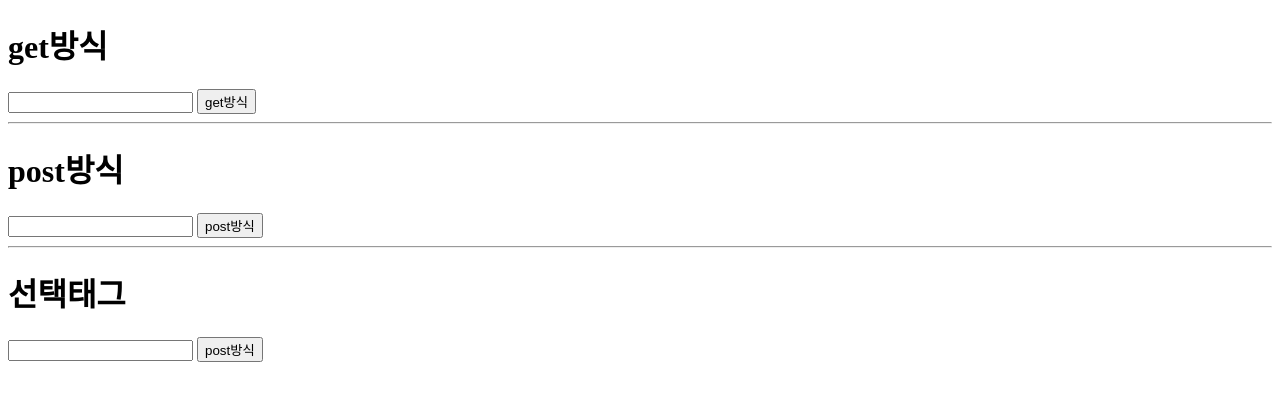
Repository: HeonchanKim/smhrd_jsp
Page: Servlet/src/main/webapp/ex04.html
An editor plug-in stored every save of this project. The page is shown before and after the next save, followed by the edit.
The browser window is 1280 px wide. The pictures show the whole page.

Above is the page before, as saved 2022-01-27 07:17:04.

### Servlet/src/main/webapp/ex04.html
<!DOCTYPE html>
<html>
<head>
<meta charset="EUC-KR">
<title>Insert title here</title>
</head>
<body>
	<!--
		사용자가 서버프로그램으로 값을 보낼 수 있는 두가지 방법
		get : URL을 통해서 데이터를 전달 / 보안 X / 보내는 데이터크기에 제한 O / 빠름
			  URL(ISO-8859-1 - > euc-kr>

		post : 패킷을 통해서 데이터를 전달 / 보안강함 / 보내는 데이터크기 제한 X
	 -->

	 <h1>get방식</h1>
	<form action="ex04" method="get">
		<input type="text" name="text">
		<input type="submit" value="get방식">
	</form>

	<hr>

	 <h1>post방식</h1>
	<form action="ex04" method="post">
		<input type="text" name="text">
		<input type="submit" value="post방식">
	</form>

	<hr>

	<h1>선택태그</h1>
	<form action="ex04" method="post">
		<input type="text" name="text">
		<input type="submit" value="post방식">
	</form>





















</body>
</html>

After the next save:
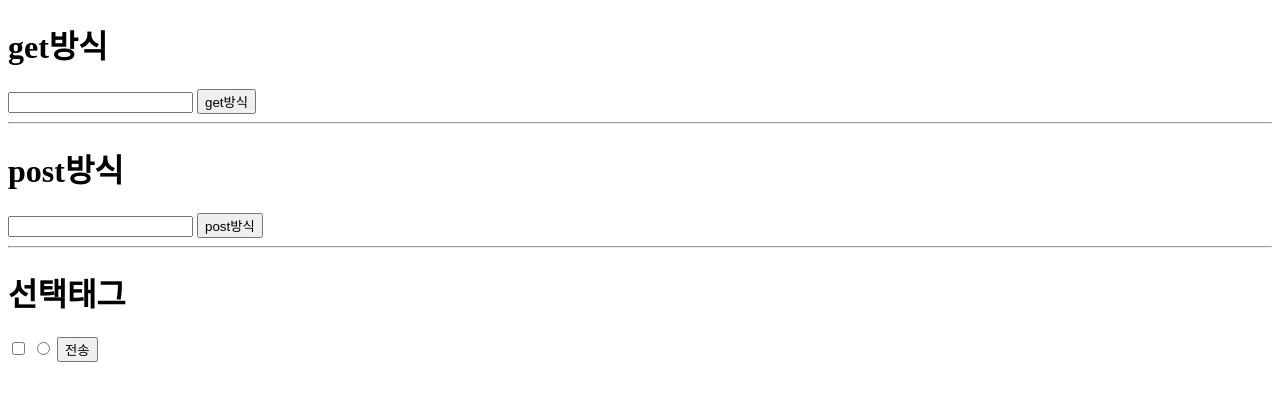
Saved 26 s later.
--- a/Servlet/src/main/webapp/ex04.html
+++ b/Servlet/src/main/webapp/ex04.html
@@ -31,8 +31,9 @@
 
 	<h1>선택태그</h1>
 	<form action="ex04" method="post">
-		<input type="text" name="text">
-		<input type="submit" value="post방식">
+		<input type="checkbox">
+		<input type="radio">
+		<input type="submit" value="전송">
 	</form>
 
 
